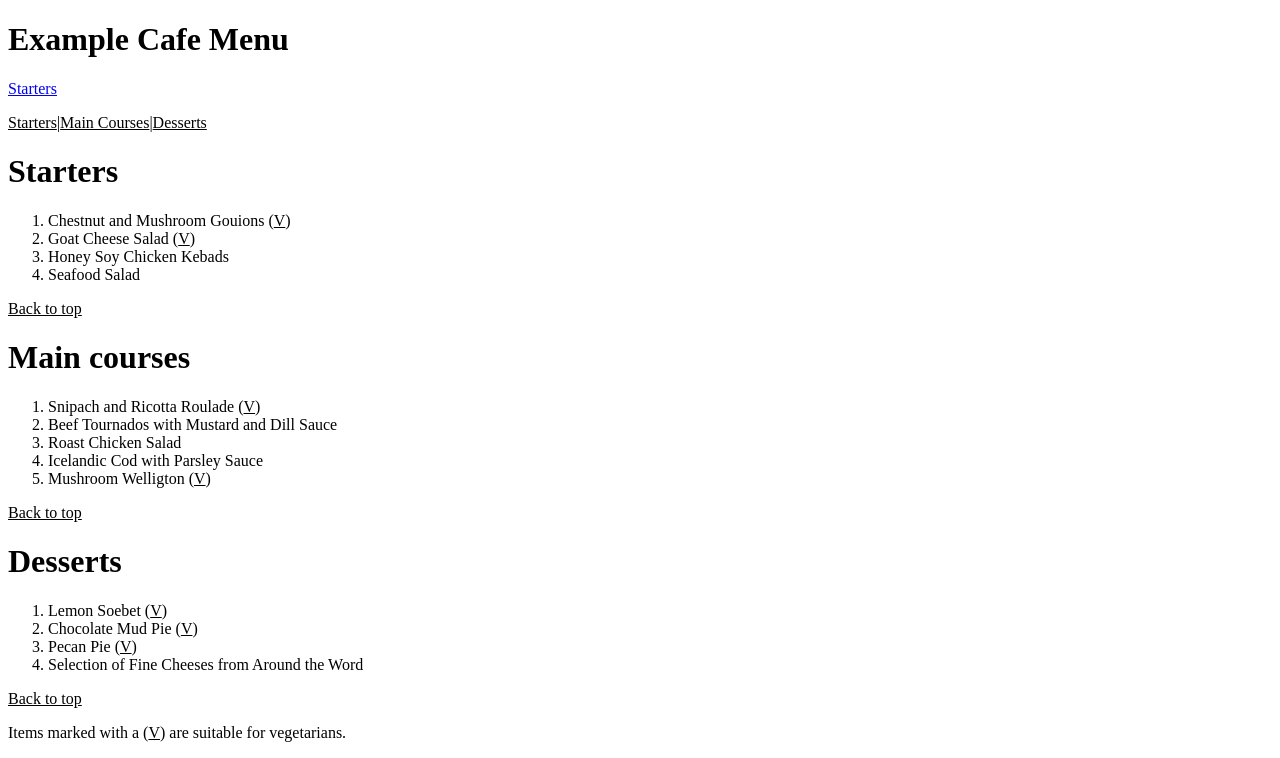
Repository: PhamChiXuan1/HTCNW_tuan3_DHCNTT16C_PhamChiXuan_20030131
Page: bt5.html
These files come from the project's save history. The page is drawn as it stood at one moment and after the next save; the edit follows.
The browser window is 1280 px wide. The pictures show the whole page.

Above is the page before, as saved 2022-02-26 21:50:09.

After the next save:
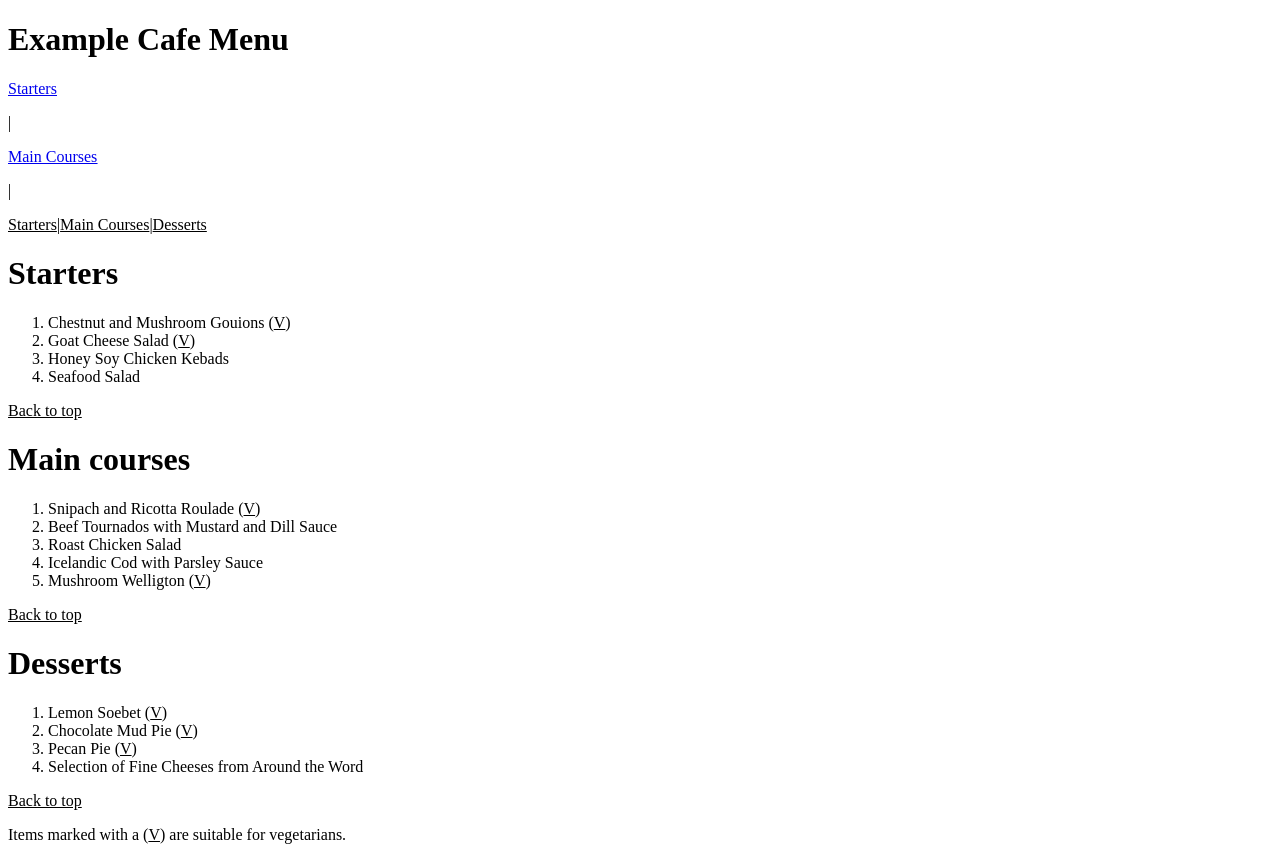
Saved 107 s later.
--- a/bt5.html
+++ b/bt5.html
@@ -8,7 +8,7 @@
 </head>
 <body>
     <H1>Example Cafe Menu</H1>
-    <A href="https://www.google.com/search?q=%E1%BA%A3nh+%C4%91%E1%BA%B9p&oq=%E1%BA%A3nh+%C4%91%E1%BA%B9p&aqs=chrome..69i57j69i59l2j69i60j5j69i60j69i61j69i60.1371j0j9&sourceid=chrome&ie=UTF-8"><P><U>Starters</U></P></A>
+    <A href="https://www.google.com/search?q=%E1%BA%A3nh+%C4%91%E1%BA%B9p&oq=%E1%BA%A3nh+%C4%91%E1%BA%B9p&aqs=chrome..69i57j69i59l2j69i60j5j69i60j69i61j69i60.1371j0j9&sourceid=chrome&ie=UTF-8"><P><U>Starters</U></P></A>| <A href="https://www.google.com/search?q=phim&oq=phim&aqs=chrome..69i57j69i59j35i39j0i433i512j0i131i433i512l3j0i433i512j0i131i433j0i512.682j0j4&sourceid=chrome&ie=UTF-8"><P><U>Main Courses</U></P></A>|
     <P><U>Starters</U>|<U>Main Courses</U>|<U>Desserts</U></P>
     <H1>Starters</H1>
     <ol type="1">
